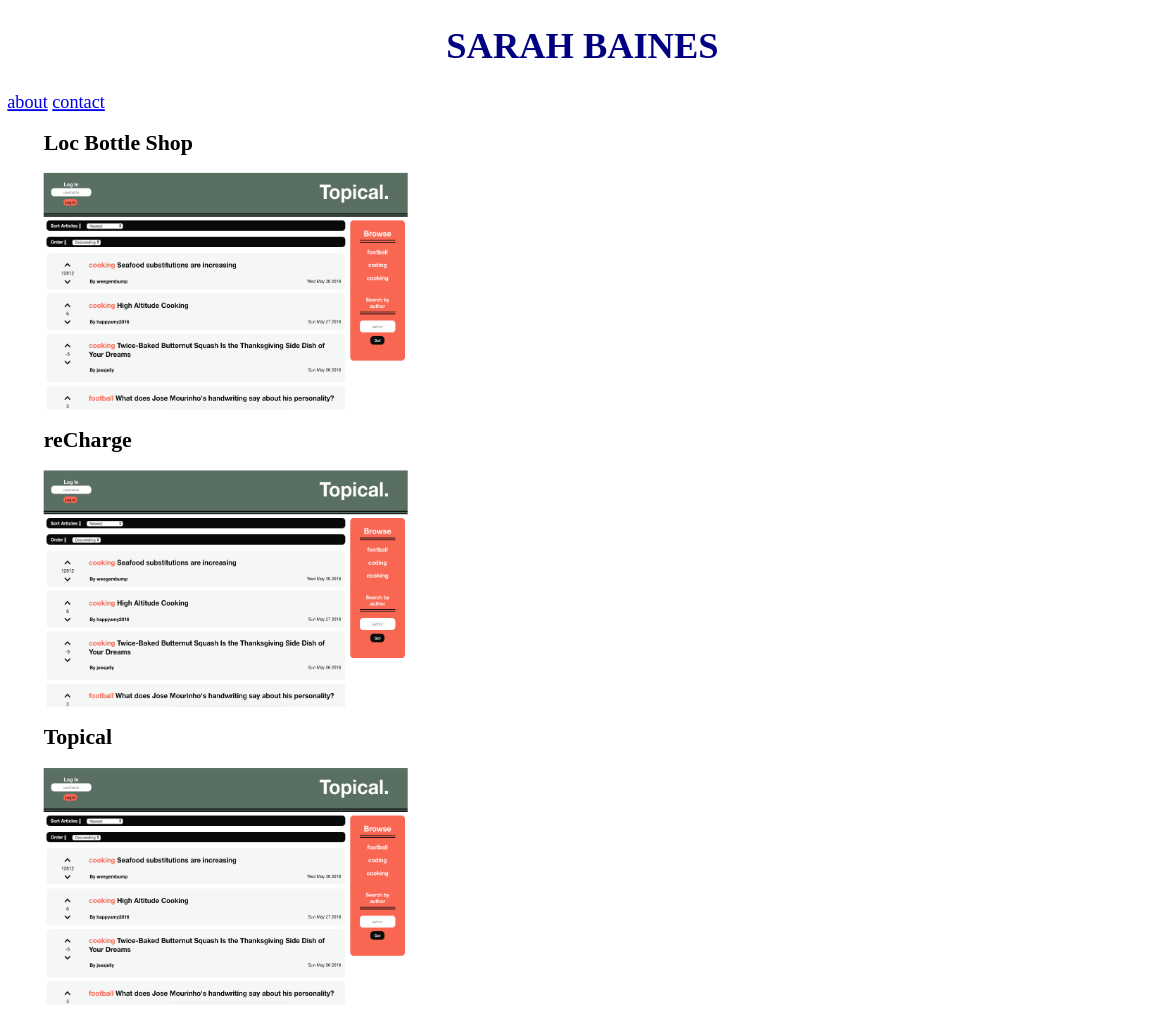
Repository: bainesface/bainesface.github.io
Page: index.html
An editor plug-in stored every save of this project. The page is shown before and after the next save, followed by the edit.
The browser window is 1280 px wide. The pictures show the whole page, at 91% of full size.

Above is the page before, as saved 2020-04-27 13:47:35.

### index.html
<!DOCTYPE html>
<html lang="en">
  <head>
    <meta charset="UTF-8" />
    <meta name="viewport" content="width=device-width, initial-scale=1.0" />
    <meta http-equiv="X-UA-Compatible" content="ie=edge" />
    <link rel="stylesheet" href="index.css" />
    <title>My Portfolio Site</title>
  </head>
  <body>
    <header class="header">
    <a href="index.html"></a>
      <h1 class="title">
        <center>SARAH BAINES</center>
      </h1>
    </a>
    <nav class="menu">
      <a href="about.html">about</a>
      <!-- <a href="web.html">web</a>
      <a href="app.html">app</a> -->
      <a href="contact.html">contact</a>
    </nav></header>
    <section class='main'>
      <ul class='projects-list'>
        <li><h2>Loc Bottle Shop</h2>
        <p class="portfolio-image"><img src="./img/topical-fe.png" height=260px width=400px/></p></li>
        <li><h2>reCharge</h2>
        <p class="portfolio-image"><img src="./img/topical-fe.png" height=260px width=400px /></p></li>
        <li><h2>Topical</h2>
        <p class="portfolio-image"><img src="./img/topical-fe.png" height=260px width=400px /></p></li>
      </ul>
    </section>
  </body>
</html>

### index.css
.title {
  font-size: 30pt;
  color: navy;
  font-family: 'PT Sans';
}

.menu {
  font-size: 15pt;
  font-family: 'PT Sans';
  text-decoration: none;
}

.paragraph {
  font-size: 15pt;
  font-family: 'PT Sans';
}

.portfolio-image {
  height: 260px;
  width: 400px;
}

.projects-list {
  list-style: none;
}

After the next save:
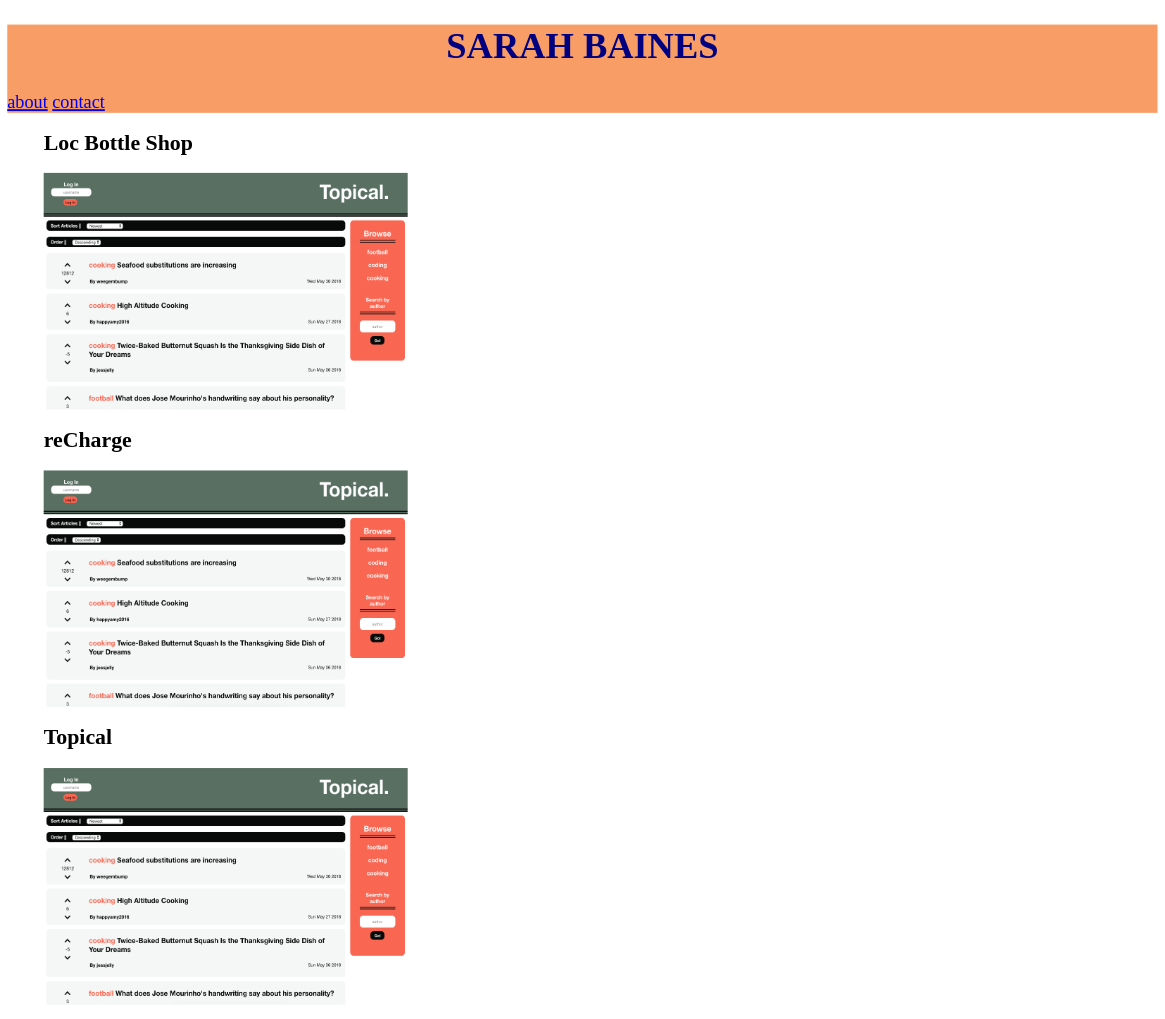
Saved 31 min 0 s later.
--- a/index.css
+++ b/index.css
@@ -20,6 +20,10 @@
   width: 400px;
 }
 
+.header {
+  background-color: #f79d65;
+}
+
 .projects-list {
   list-style: none;
 }
